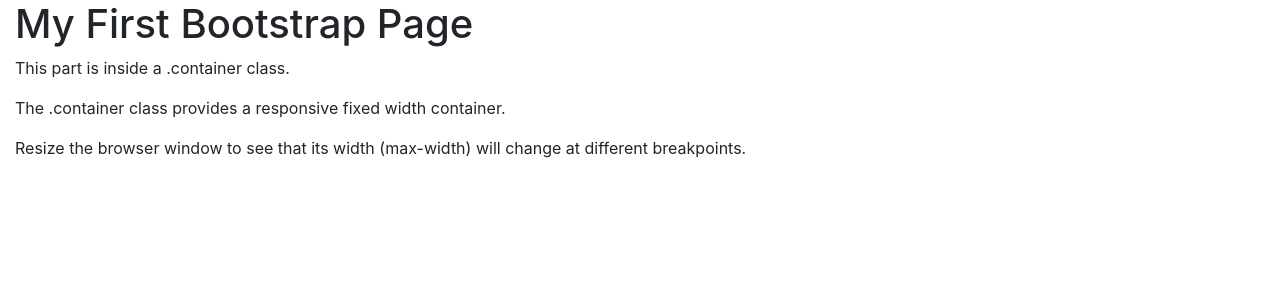
Repository: Anusha-Shilamkoti/Anusha
Page: MyFirstWebProject/WebContent/Index.html
The author's editor kept a copy of each file at every save. The page is drawn from the files as they stood at one save, then again after the next save.
The browser window is 1280 px wide. The pictures show the whole page.

Above is the page before, as saved 2020-01-18 09:07:14.

### MyFirstWebProject/WebContent/Index.html
<!DOCTYPE html>
<html lang="en">
<head>
  <title>Bootstrap Example</title>
  <meta charset="utf-8">
  <meta name="viewport" content="width=device-width, initial-scale=1">
  <link rel="stylesheet" href="https://maxcdn.bootstrapcdn.com/bootstrap/4.4.1/css/bootstrap.min.css">
  <script src="https://ajax.googleapis.com/ajax/libs/jquery/3.4.1/jquery.min.js"></script>
  <script src="https://cdnjs.cloudflare.com/ajax/libs/popper.js/1.16.0/umd/popper.min.js"></script>
  <script src="https://maxcdn.bootstrapcdn.com/bootstrap/4.4.1/js/bootstrap.min.js"></script>
</head>
<body>

<div class="container-fluid">
  <h1>My First Bootstrap Page</h1>
  <p>This part is inside a .container class.</p>
  <p>The .container class provides a responsive fixed width container.</p>
  <p>Resize the browser window to see that its width (max-width) will change at different breakpoints.</p>
</div>

</body>
</html>

After the next save:
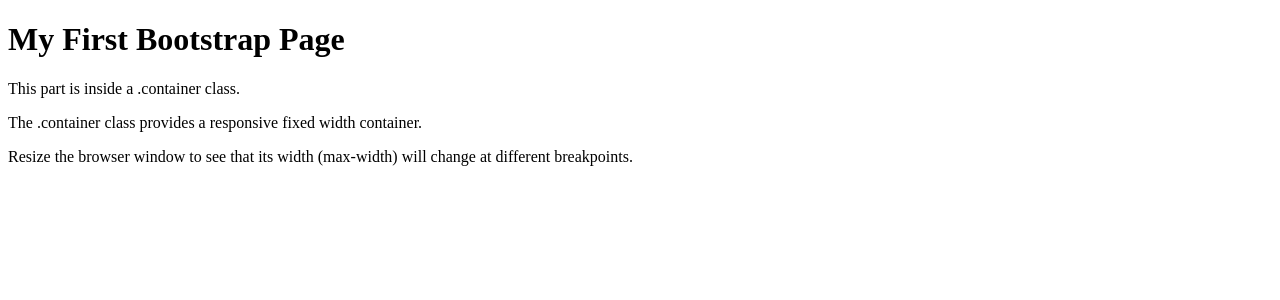
Not found: MyFirstWebProject/WebContent/css/bootstrap.min.css
Not found: MyFirstWebProject/WebContent/js/bootstrap.min.js
Saved 15 min 40 s later.
--- a/MyFirstWebProject/WebContent/Index.html
+++ b/MyFirstWebProject/WebContent/Index.html
@@ -4,10 +4,10 @@
   <title>Bootstrap Example</title>
   <meta charset="utf-8">
   <meta name="viewport" content="width=device-width, initial-scale=1">
-  <link rel="stylesheet" href="https://maxcdn.bootstrapcdn.com/bootstrap/4.4.1/css/bootstrap.min.css">
+  <link rel="stylesheet" href="css/bootstrap.min.css">
   <script src="https://ajax.googleapis.com/ajax/libs/jquery/3.4.1/jquery.min.js"></script>
   <script src="https://cdnjs.cloudflare.com/ajax/libs/popper.js/1.16.0/umd/popper.min.js"></script>
-  <script src="https://maxcdn.bootstrapcdn.com/bootstrap/4.4.1/js/bootstrap.min.js"></script>
+  <script src="js/bootstrap.min.js"></script>
 </head>
 <body>
 

After the 3 saves that followed:
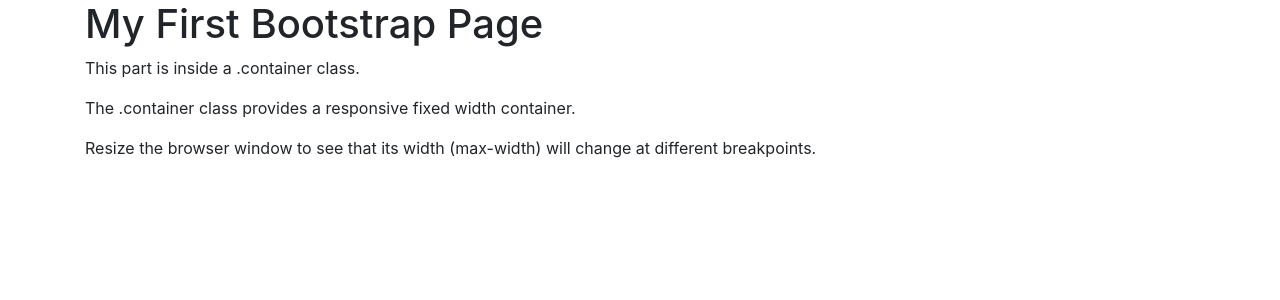
The 3 saves are shown as one change because 2 left the picture as it was.
The last was saved 88 s later.
--- a/MyFirstWebProject/WebContent/Index.html
+++ b/MyFirstWebProject/WebContent/Index.html
@@ -4,14 +4,14 @@
   <title>Bootstrap Example</title>
   <meta charset="utf-8">
   <meta name="viewport" content="width=device-width, initial-scale=1">
-  <link rel="stylesheet" href="css/bootstrap.min.css">
+  <link rel="stylesheet" href="https://maxcdn.bootstrapcdn.com/bootstrap/4.4.1/css/bootstrap.min.css">
   <script src="https://ajax.googleapis.com/ajax/libs/jquery/3.4.1/jquery.min.js"></script>
   <script src="https://cdnjs.cloudflare.com/ajax/libs/popper.js/1.16.0/umd/popper.min.js"></script>
-  <script src="js/bootstrap.min.js"></script>
+  <script src="https://maxcdn.bootstrapcdn.com/bootstrap/4.4.1/js/bootstrap.min.js"></script>
 </head>
 <body>
 
-<div class="container-fluid">
+<div class="container">
   <h1>My First Bootstrap Page</h1>
   <p>This part is inside a .container class.</p>
   <p>The .container class provides a responsive fixed width container.</p>
